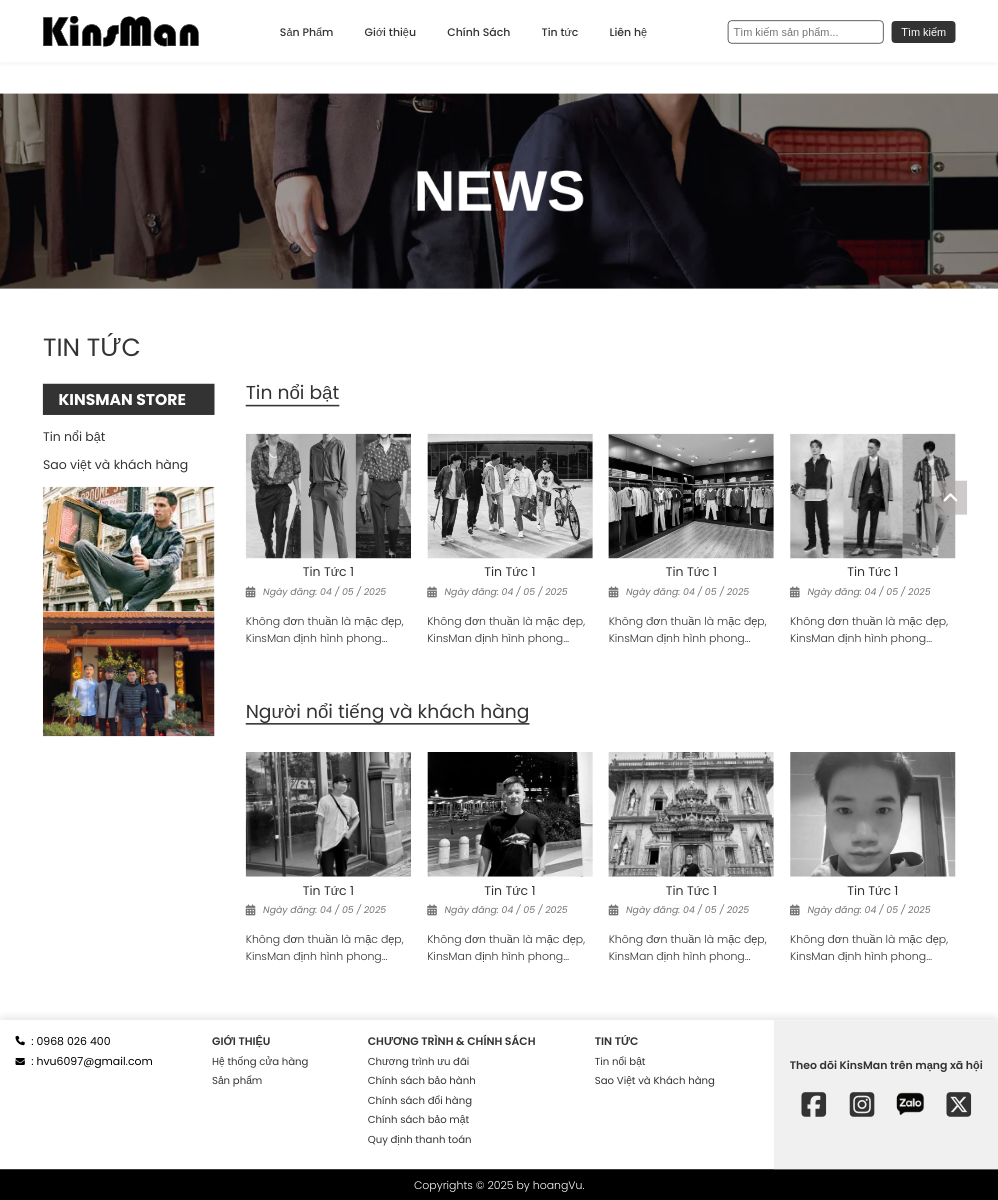
Repository: hoang28092000/kinsmanClothes
Page: category/news.html
These files come from the project's save history. The page is drawn as it stood at one moment and after a run of saves; the edit follows.
The browser window is 1280 px wide. The pictures show the whole page, at 78% of full size.

Above is the page before, as saved 2025-05-08 13:03:34.
Console error: TypeError: Cannot read properties of null (reading 'addEventListener')

After the next 2 saves:
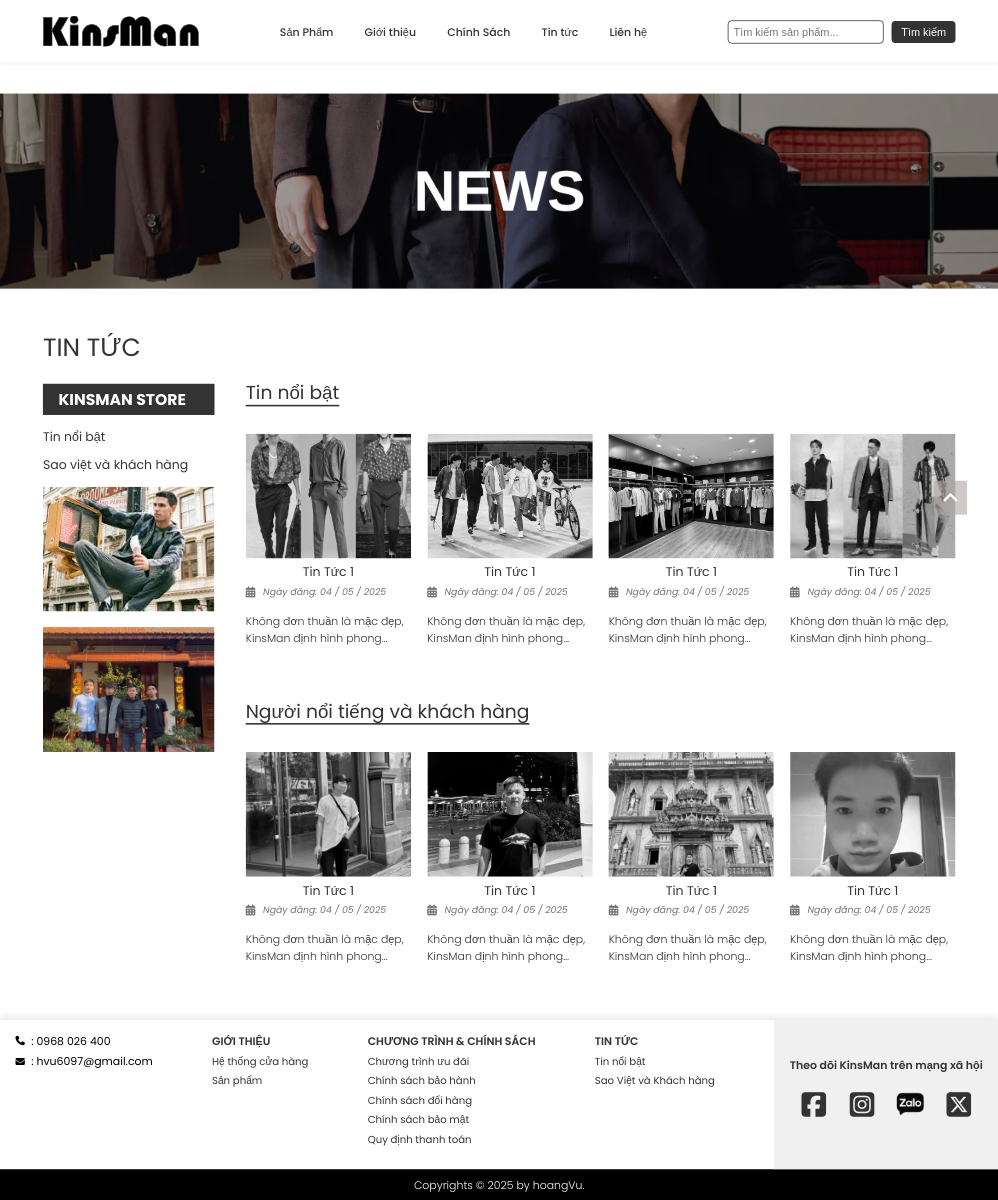
The 2 saves are shown as one change because they came seconds apart.
The last was saved 7 s later.
--- a/css/product.css
+++ b/css/product.css
@@ -332,7 +332,7 @@
   width: 100%;
   height: 160px;
   overflow: hidden;
-  m
+  margin-bottom: 20px;
 }
 .content-news .banner-left img{
   width: 100%;
